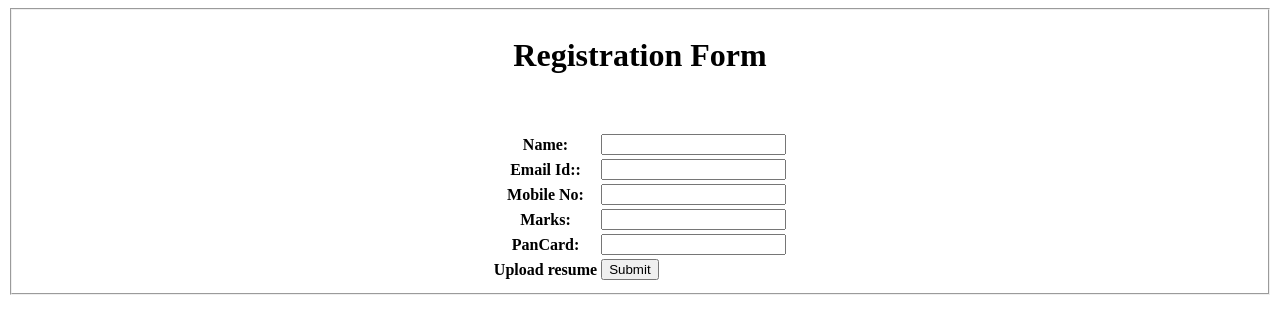
Repository: poojagupta18/Practice-Java
Page: http://localhost/MyOnlineInterviewProcess/RegistrationPortal.jsp
An editor plug-in stored every save of this project. The page is shown before and after the next save, followed by the edit.
The browser window is 1280 px wide. The pictures show the whole page.
The page is served by Tomcat 9.

Above is the page before, as saved 2019-12-04 11:50:58.

### java Training/java/Online-Interview-Process/MyOnlineInterviewProcess/WebContent/RegistrationPortal.jsp
<%@ page language="java" contentType="text/html; charset=ISO-8859-1"
	pageEncoding="ISO-8859-1"%>
<!DOCTYPE html>
<html>
<head>
<meta charset="ISO-8859-1">
<title>Insert title here</title>
</head>
<body>
	<form action="_______" method="post" enctype="multipart/form-data">
	<fieldset>
	<center>
		<h1>Registration Form</h1>
			<br>
			<br>
		<table>
			<tr>
				<th>Name:</th>
				<td><input type="text" name="studentName"></td>
			</tr>
			<tr>
				<th>Email Id::</th>
				<td><input type="text" name="email"></td>
			</tr>
			<tr>
				<th>Mobile No:</th>
				<td><input type="text" name="mobile"></td>
			</tr>
			<tr>
				<th>Marks:</th>
				<td><input type="text" name="marks"></td>
			</tr>
			<tr>
				<th>PanCard:</th>
				<td><input type="text" name="pancard"></td>
			</tr>
			<tr>
				<th>Upload resume</th>
				<td><input type="submit" value="Submit"></td>
			</tr>
		</table>
		</center>
		</fieldset>
	</form>
</body>
</html>

After the next save:
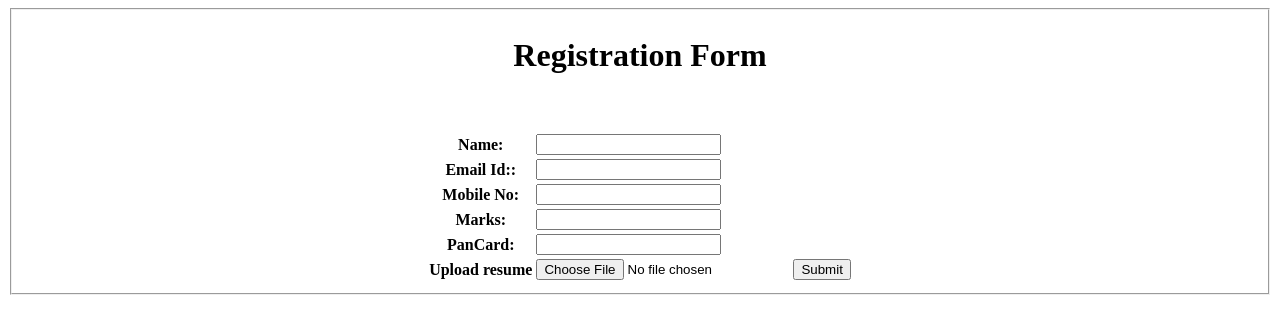
Saved 15 s later.
--- a/java Training/java/Online-Interview-Process/MyOnlineInterviewProcess/WebContent/RegistrationPortal.jsp
+++ b/java Training/java/Online-Interview-Process/MyOnlineInterviewProcess/WebContent/RegistrationPortal.jsp
@@ -36,6 +36,7 @@
 			</tr>
 			<tr>
 				<th>Upload resume</th>
+				<td><input type="file" name="file" /></td>
 				<td><input type="submit" value="Submit"></td>
 			</tr>
 		</table>
